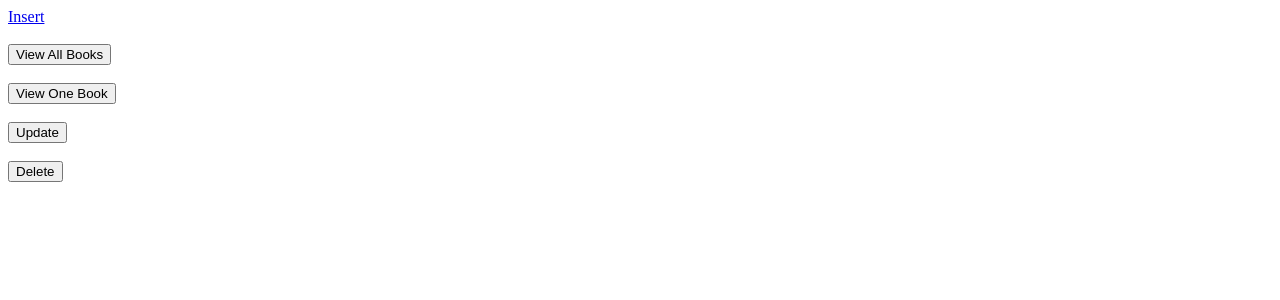
Repository: KoviAnusha/Typescript-files
Page: workspace-sts-3.9.9.RELEASE/BookHomeAssignment/WebContent/Index.html
The author's editor kept a copy of each file at every save. The page is drawn from the files as they stood at one save, then again after the next save.
The browser window is 1280 px wide. The pictures show the whole page.

Above is the page before, as saved 2019-08-24 03:27:44.

After the next save:
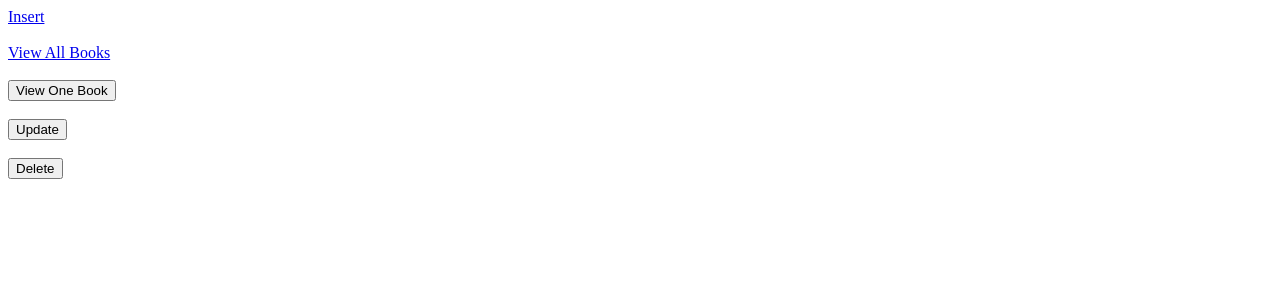
Saved 3 min 2 s later.
--- a/workspace-sts-3.9.9.RELEASE/BookHomeAssignment/WebContent/Index.html
+++ b/workspace-sts-3.9.9.RELEASE/BookHomeAssignment/WebContent/Index.html
@@ -7,7 +7,7 @@
 <body>
 <form>
 <a href="InsertBooks.html">Insert</a><br><br>
-<a href="ViewAllBook.html"><button>View All Books</button></a><br><br>
+<a href="ViewAllBook.html">View All Books</a><br><br>
 <a href="ViewOneBook.html"><button>View One Book</button></a><br><br>
 <a href="Update.html"><button>Update</button></a><br><br>
 <a href="Delete.html"><button> Delete</button></a>
